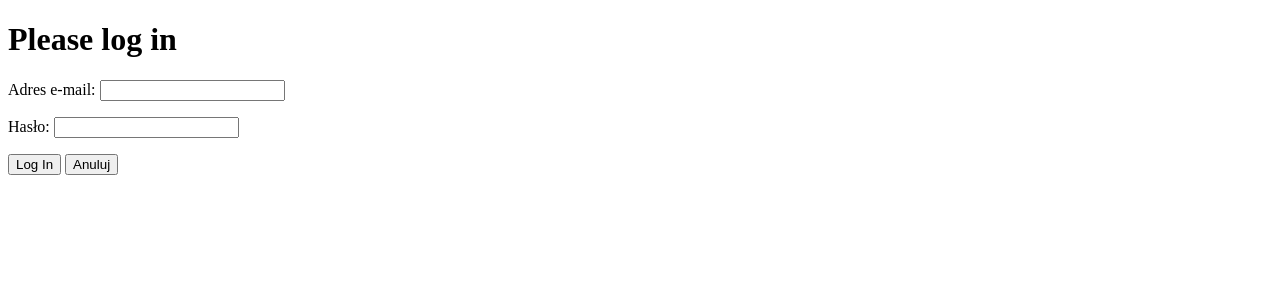
Repository: SirRabbitt/Aplikacja-crud-z-logowaniem-php-js-
Page: http://localhost/login.php
An editor plug-in stored every save of this project. The page is shown before and after the next save, followed by the edit.
The browser window is 1280 px wide. The pictures show the whole page.
The page is run by PHP 8.4 with error messages shown; the project is at /var/www/html/. pdo.php is not in the repository; a stand-in opens the database connection. Other server files are loaded and not shown.

Above is the page before, as saved 2024-05-21 12:51:13.

### login.php
<?php
session_start();
require_once "pdo.php";

if (isset($_POST['cancel'])) {
    header("Location: index.php");
    return;
}

if (isset($_POST['email']) && isset($_POST['pass'])) {
    if (strlen($_POST['email']) < 1 || strlen($_POST['pass']) < 1) {
        $_SESSION['error'] = "Wszystkie pola są wymagane";
        header("Location: login.php");
        return;
    } else {
        $check = hash('md5', 'XyZzy12*_'.$_POST['pass']);
        $stmt = $pdo->prepare("SELECT user_id, name FROM users WHERE email = :em AND password = :pw");
        $stmt->execute(array(':em' => $_POST['email'], ':pw' => $check));
        $row = $stmt->fetch(PDO::FETCH_ASSOC);
        if ($row !== false) {
            $_SESSION['name'] = $row['name'];
            $_SESSION['user_id'] = $row['user_id'];
            header("Location: index.php");
            return;
        } else {
            $_SESSION['error'] = "Niepoprawny adres e-mail lub hasło";
            header("Location: login.php");
            return;
        }
    }
}
?>
<!DOCTYPE html>
<html>
<head>
<title>b82706ae</title>
<script>
function showError() {
    alert("Niepoprawny adres e-mail lub hasło");
}
</script>
</head>
<body>

<?php
if (isset($_SESSION['error'])) {
    echo "<script>showError();</script>";
    unset($_SESSION['error']);
}
?>
<h1>Please log in</h1>
<form method="POST">
<p>Adres e-mail: <input type="text" name="email"></p>
<p>Hasło: <input type="password" name="pass"></p>
<input type="submit" value="Log In">
<input type="submit" name="cancel" value="Anuluj">
</form>
</body>
</html>

After the next save:
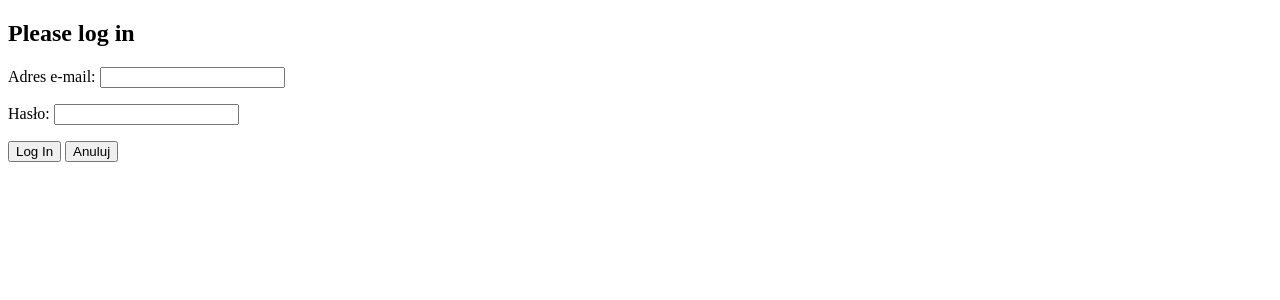
Saved 2 min 32 s later.
--- a/login.php
+++ b/login.php
@@ -48,7 +48,7 @@ if (isset($_SESSION['error'])) {
     unset($_SESSION['error']);
 }
 ?>
-<h1>Please log in</h1>
+<h2>Please log in</h2>
 <form method="POST">
 <p>Adres e-mail: <input type="text" name="email"></p>
 <p>Hasło: <input type="password" name="pass"></p>
